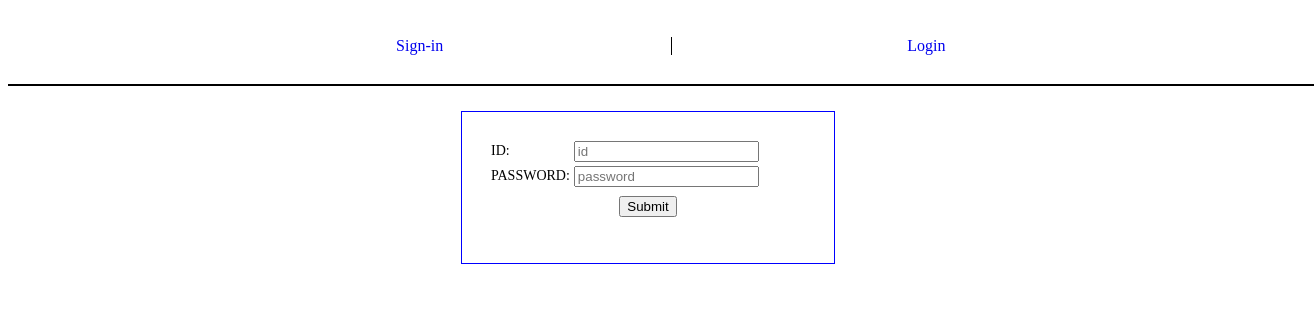
Repository: moshe31sh/Java_ee_final_project_todo_list
Page: http://localhost/Toto_list_final_project/login.jsp
An editor plug-in stored every save of this project. The page is shown before and after the next save, followed by the edit.
The browser window is 1280 px wide. The page is 1314 px wide, so the pictures cover 1314 px, including what lies to the right of the window. The pictures show the whole page.
The page is served by Tomcat 9.

Above is the page before, as saved 2015-12-05 11:23:27.

After the next save:
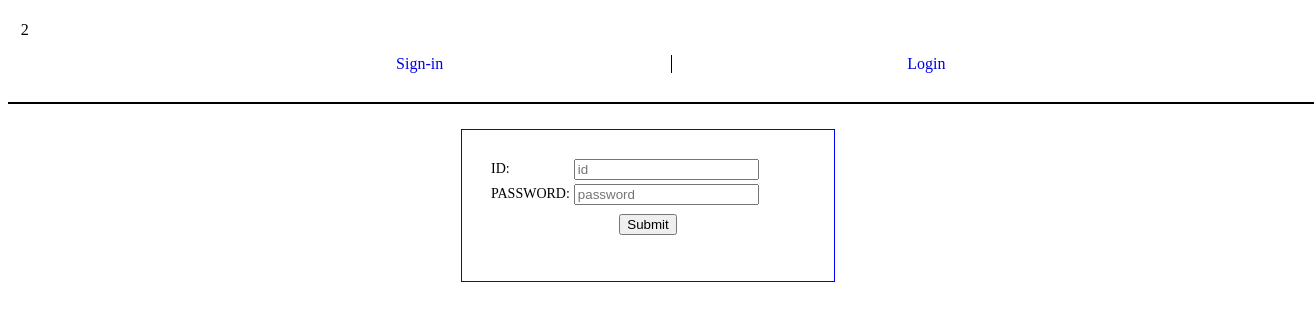
Saved 5 h 16 min later.
--- a/Toto_list_final_project/WebContent/login.jsp
+++ b/Toto_list_final_project/WebContent/login.jsp
@@ -9,7 +9,7 @@
 <title>Login</title>
 </head>
 <body>
-<nav id="navigation-menu"><ul>
+<nav id="navigation-menu">2<ul>
 <li><a href="./SignIn.jsp">Sign-in</a></li>
 <li><a href="./LogIn.jsp">Login</a></li>
 </ul></nav>
